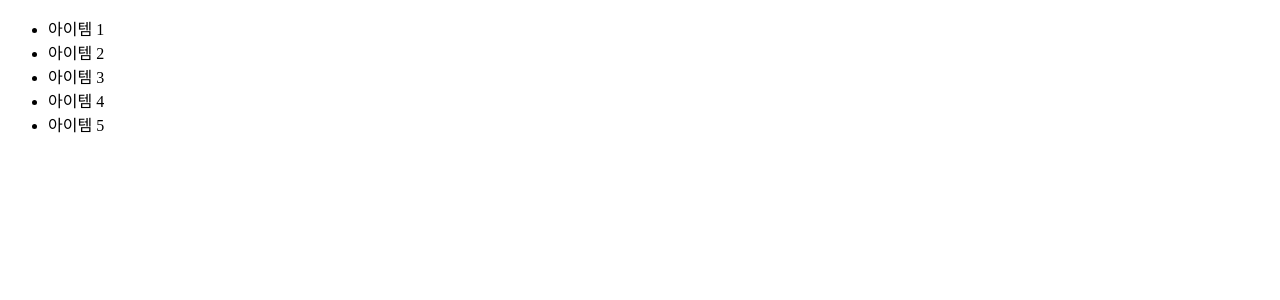
Repository: YangSeungWook/vue-design
Page: / (app in slots/)
The author's editor kept a copy of each file at every save. The page is drawn from the files as they stood at one save, then again after the next save.
The browser window is 1280 px wide. The pictures show the whole page.
The project was rebuilt for these pictures with package versions that can differ from the ones it lists, and the page was loaded fresh each time.

Above is the page before, as saved 2019-02-24 17:46:37.

### slots/public/index.html
<!DOCTYPE html>
<html lang="en">
  <head>
    <meta charset="utf-8">
    <meta http-equiv="X-UA-Compatible" content="IE=edge">
    <meta name="viewport" content="width=device-width,initial-scale=1.0">
    <link rel="icon" href="<%= BASE_URL %>favicon.ico">
    <title>slots</title>
  </head>
  <body>
    <noscript>
      <strong>We're sorry but slots doesn't work properly without JavaScript enabled. Please enable it to continue.</strong>
    </noscript>
    <div id="app"></div>
    <!-- built files will be auto injected -->
  </body>
</html>

### slots/src/App.vue
<template>
  <div>
    <ul>
      <item>아이템 1</item>
      <item>아이템 2</item>
      <item>아이템 3</item>
      <item>아이템 4</item>
      <item>아이템 5</item>
    </ul>
  </div>
</template>

<script>
import Item from './Item.vue';

export default {
  components: {
    Item,
  },
}
</script>

### slots/src/Item.vue
<template>
  <li>
    <slot>
      <!-- NOTE: 등록하는 곳에서 정의할 화면 영역 -->
    </slot>
  </li>
</template>

Loaded but not shown: slots/src/main.js (common file)

After the next save:
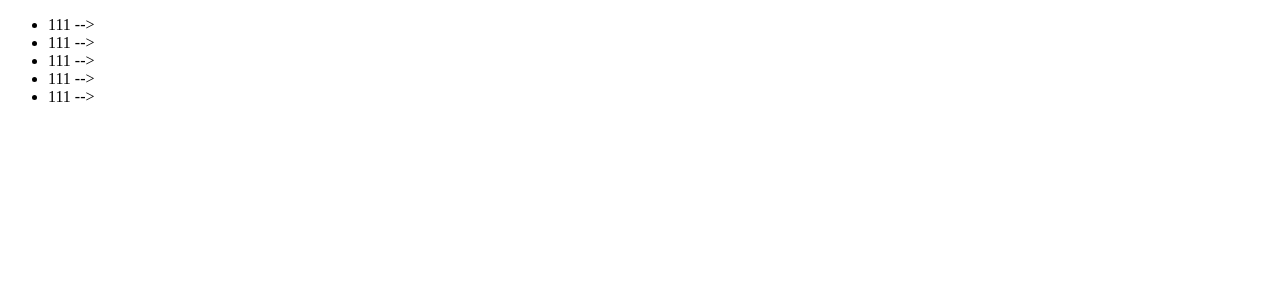
Saved 794 days later.
--- a/slots/src/Item.vue
+++ b/slots/src/Item.vue
@@ -1,7 +1,8 @@
 <template>
   <li>
-    <slot>
+    111
+    <!-- <slot>
       <!-- NOTE: 등록하는 곳에서 정의할 화면 영역 -->
-    </slot>
+    <!-- </slot> --> -->
   </li>
 </template>

After the save that followed:
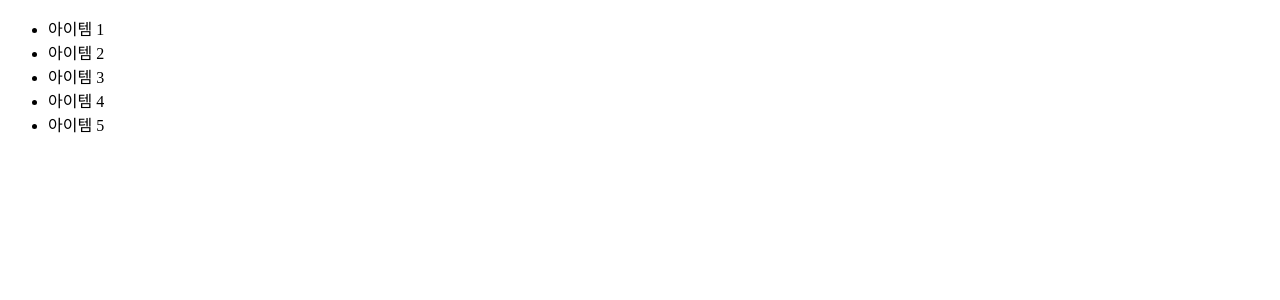
Saved 10 s later.
--- a/slots/src/Item.vue
+++ b/slots/src/Item.vue
@@ -1,8 +1,7 @@
 <template>
   <li>
-    111
-    <!-- <slot>
+    <slot>
       <!-- NOTE: 등록하는 곳에서 정의할 화면 영역 -->
-    <!-- </slot> --> -->
+    </slot>
   </li>
 </template>
